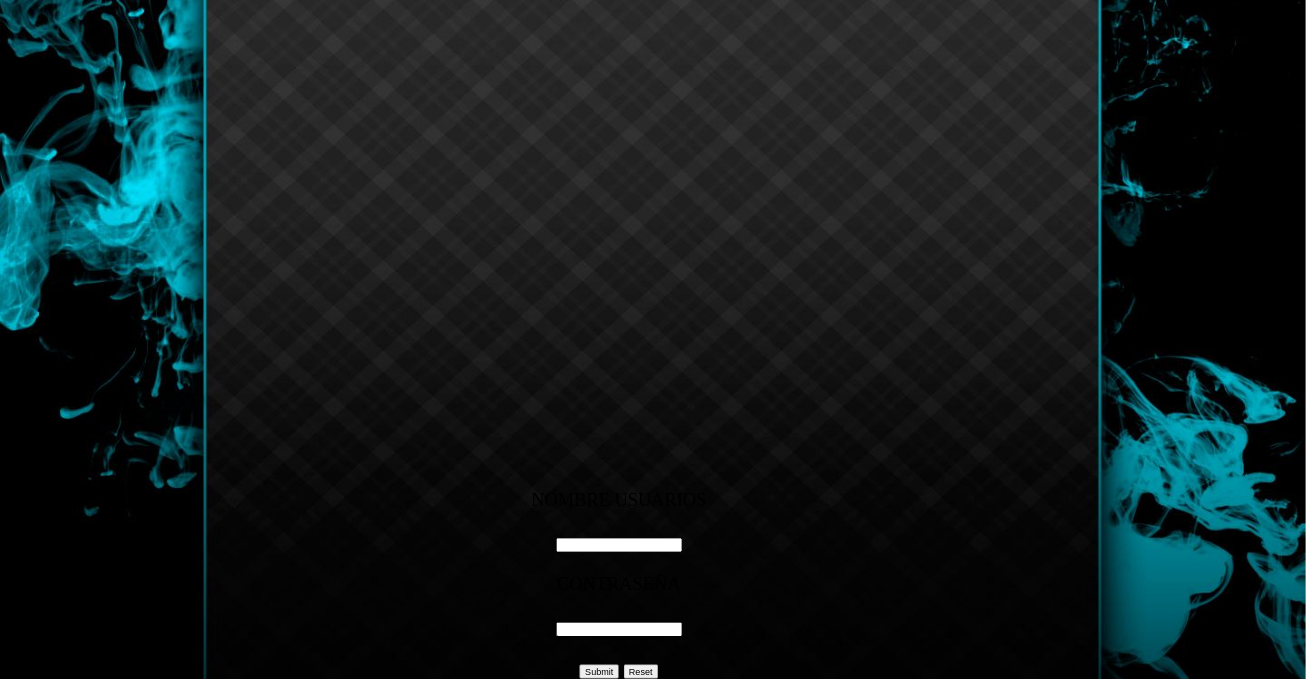
Repository: Gr0ot2/testing
Page: http://localhost/proyecto/acceso_pupilaje.jsp
These files come from the project's save history. The page is drawn as it stood at one moment and after the next save; the edit follows.
The browser window is 1920 px wide. The pictures show the whole page, at 68% of full size.
Backgrounds fixed to the window are drawn as part of the page. The page is served by Tomcat 9. Other server files are loaded and not shown.

Above is the page before, as saved 2023-05-24 07:45:00.

### proyecto_final/proyecto_final/proyecto/WebContent/acceso_pupilaje.jsp
<%@ page language="java" contentType="text/html; charset=ISO-8859-1"
    pageEncoding="ISO-8859-1"%>
<!DOCTYPE html>
<html>
<head>
<meta charset="ISO-8859-1">
<link href="acceso_pupilaje.css" type="text/css" rel="stylesheet">
<title>Insert title here</title>
</head>
<body>
<form action="acceso_pupilaje" method="post">
<div id="cuestionario">
<label id="label">NOMBRE USUARIOS</label>
<br><br>
<input name="user" type="text"/>
<br><br>
<label id="label">CONTRASEÑA</label>
<br><br>
<input name="password" type="text"/>
<br></br>
 <input name="enviar" type="submit"/>
 <input name="reset" type="reset"/>
 </div>
</form>


</body>
</html>

### proyecto_final/proyecto_final/proyecto/WebContent/acceso_pupilaje.css
@charset "ISO-8859-1";
@charset "ISO-8859-1";
@media screen and (max-width: 780px) {
body {
 background-image:url("img/fondo-de-caballos-jugando (1).jpg");

   background-size: cover;
  background-repeat: no-repeat;
  background-position: center top;
    text-decoration: none;
    padding: 20px;
    font-size: 20px;
    text-align: center;
}

#cuestionario{
bottom: 125px;
}

}
@media screen and (min-width:1900px) {
body{
  background-image: url("img/fondo_login.jpg");
  background-position: center top;
  background-repeat: no-repeat;
  background-attachment: fixed;
  background-size: cover;
  margin: 0; /* Asegura que no haya margen en el cuerpo de la página */
  padding: 0; /* Asegura que no haya relleno en el cuerpo de la página */
  text-decoration: none;
    padding: 20px;
    font-size: 20px;
    text-align: center;
    left: 50px;

}

#cuestionario{
position: relative;
top: 700px;
right: 50px;
font-size: 27px;
}

  }
@media screen and (max-width:1300px) {
body{
  background-image: url("img/fondo_login.jpg");
  background-position: center center;
  background-repeat: no-repeat;
  background-attachment: fixed;
  background-size: cover;
  margin: 0; /* Asegura que no haya margen en el cuerpo de la página */
  padding: 0; /* Asegura que no haya relleno en el cuerpo de la página */
  text-decoration: none;
    padding: 20px;
    font-size: 20px;
    text-align: center;
    left: 50px;

}

#cuestionario{
position: relative;
top: 450px;
right: 15px;
font-size: 25px;
}

  }

After the next save:
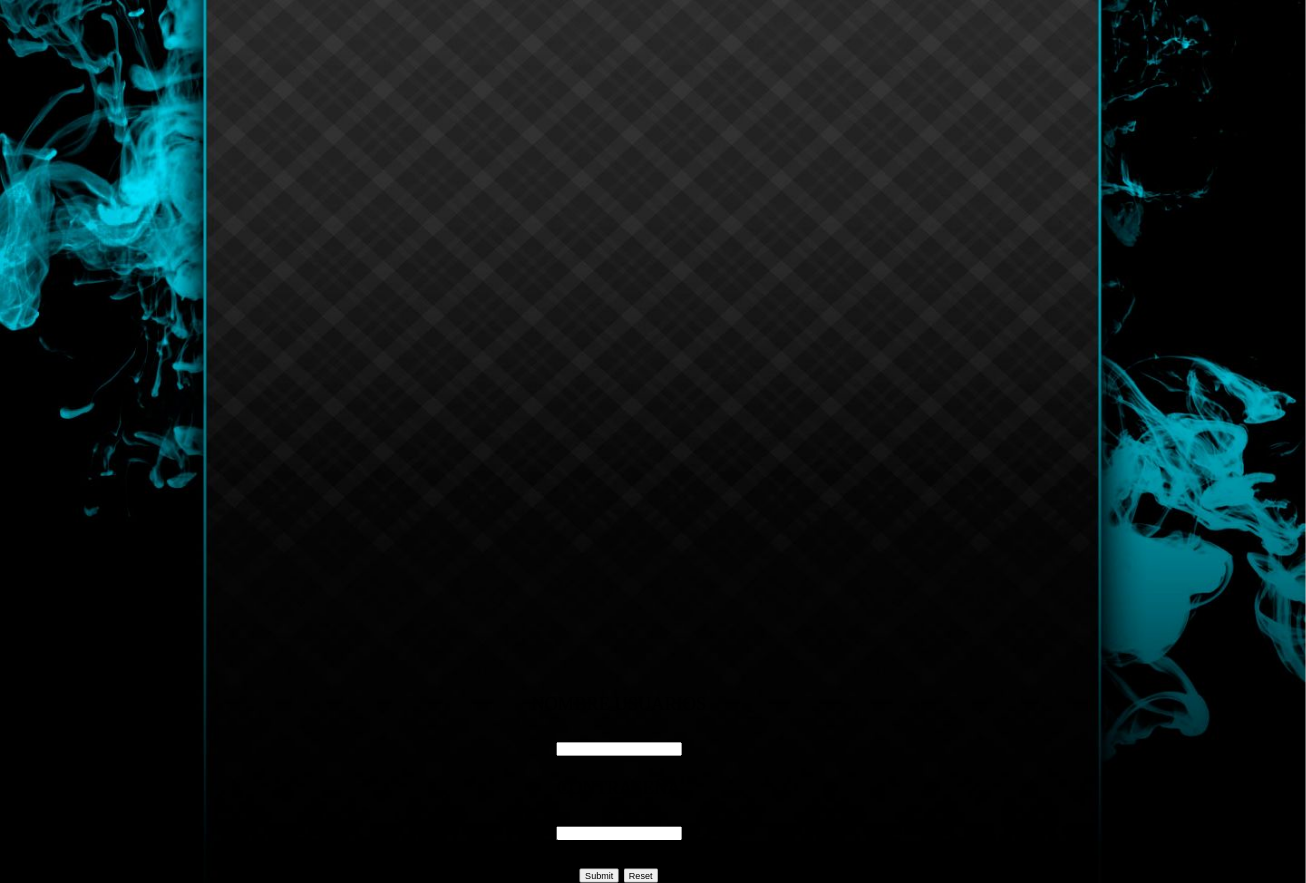
Saved 10 s later.
--- a/proyecto_final/proyecto_final/proyecto/WebContent/acceso_pupilaje.css
+++ b/proyecto_final/proyecto_final/proyecto/WebContent/acceso_pupilaje.css
@@ -37,7 +37,7 @@ body{
 
 #cuestionario{
 position: relative;
-top: 700px;
+top: 1000px;
 right: 50px;
 font-size: 27px;
 }
